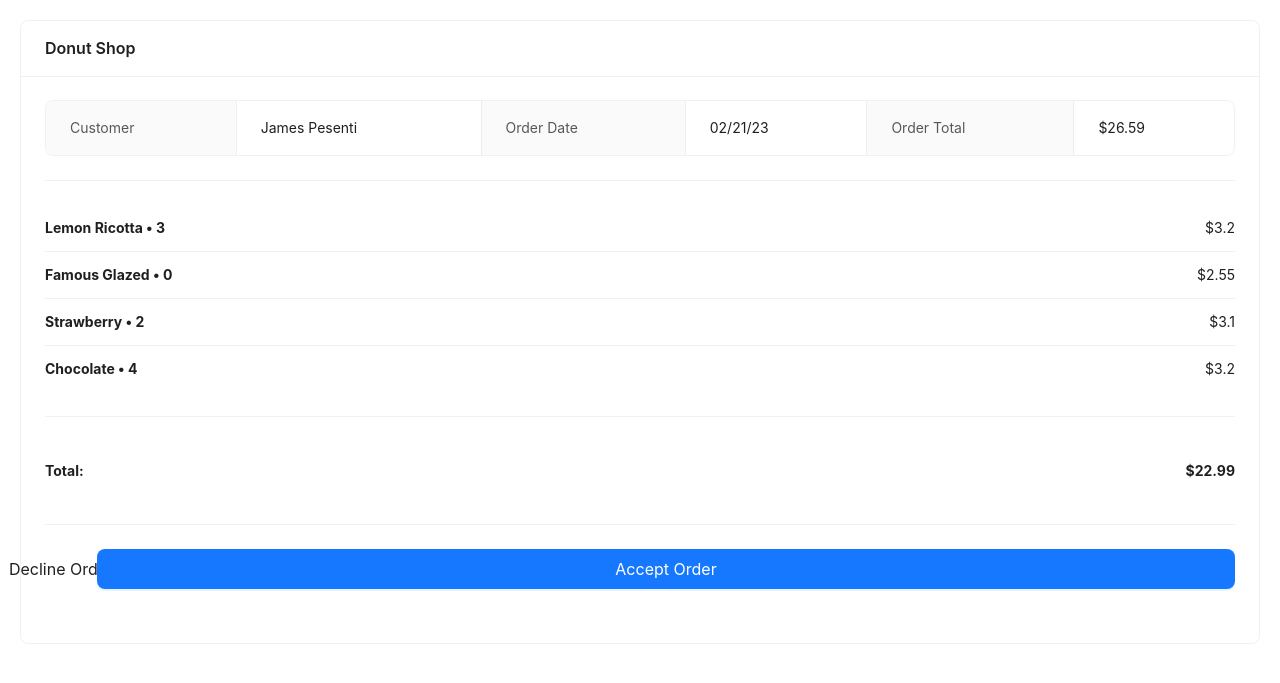
Repository: JamesPesenti/DonutShopDashboard
Page: /settings
The author's editor kept a copy of each file at every save. The page is drawn from the files as they stood at one save, then again after a run of saves.
The browser window is 1280 px wide. The pictures show the whole page.
The project was rebuilt for these pictures with package versions that can differ from the ones it lists, and the page was loaded fresh each time.

Above is the page before, as saved 2023-03-22 14:35:00.

### src/App.js
import { Card, Descriptions, Divider, List, Button } from "antd"
import donuts from "../src/data/donuts"

function App() {
  return (
    <>
      <Card style={{ margin: 20 }} title={"Donut Shop"}>
        <Descriptions bordered column={{lg: 1, md: 1, sm: 1}}>
          <Descriptions.Item label="Customer">
            James Pesenti
          </Descriptions.Item>
          <Descriptions.Item label="Order Date">
            02/21/23
          </Descriptions.Item>
          <Descriptions.Item label="Order Total">
            $26.59
          </Descriptions.Item>
        </Descriptions>
        <Divider />
        <List
          dataSource={donuts}
          renderItem={(donutItem) => (
            <List.Item>
              <div style={{fontWeight: "bold"}}>{donutItem.flavor}   &#8226; {donutItem.quantity}</div>
              <div>${donutItem.price}</div>
            </List.Item>
          )}
        />
        <Divider />
        <div style={styles.totalContainer}>
          <h4>Total:</h4>
          <h4 style={styles.price}>$22.99</h4>
        </div>
        <Divider />
        <div style={styles.buttonsContainer}>
          <Button style={styles.button} block type="danger" size="large">
            Decline Order
          </Button>
          <Button block type="primary" size="large">
            Accept Order
          </Button>
        </div>
      </Card>
    </>
  );
}

const styles = {
  totalContainer: {
    display: "flex",
    flexDirection: "row",
  },
  price: {
    marginLeft: "auto",
  },
  buttonsContainer: {
    display: "flex",
    flexDirection: "row",
    marginHorizontal: 50,
    paddingBottom: 30
  },
  button: {
    marginRight: 20,
    width: 20
  }
}

export default App;

### src/data/donuts.js
export default [
    {
        flavor: "Lemon Ricotta",
        image: "https://t3.ftcdn.net/jpg/04/90/71/94/240_F_490719448_y4LhTnor5VL2gk9DYhwIw3ZRcZQ1beeD.jpg",
        price: 3.20,
        avgRating: 4.8,
        calories: 190,
        quantity: 3,
        descriptiion: "Made with fresh ricotta and lemon zest",
    },
    {
        flavor: "Famous Glazed",
        image: "https://t3.ftcdn.net/jpg/00/70/16/96/240_F_70169698_gr2Xm6hqPIFLC2kAsjOVRATbBLVDZLn5.jpg",
        price: 2.55,
        avgRating: 4.7,
        calories: 242,
        quantity: 0,
        descriptiion: "Our famous, made fresh everyday glazed",
    },
    {
        flavor: "Strawberry",
        image: "https://t3.ftcdn.net/jpg/00/20/33/94/240_F_20339434_0DNEcWb7vTsrpw1g2tSHmrFc3Fh5G9C6.jpg",
        price: 3.10,
        avgRating: 4.6,
        calories: 189,
        quantity: 2,
        descriptiion: "Made with organic strawberries from florida",
    },
    {
        flavor: "Chocolate",
        image: "https://t3.ftcdn.net/jpg/02/54/64/44/240_F_254644452_0dCYufJiJP5Aw3LxX8x0hzlicqYsb5HR.jpg",
        price: 3.20,
        avgRating: 4.7,
        calories: 297,
        quantity: 4,
        descriptiion: "Tastes like a slice of chocolate cake!",
    },
]

Loaded but not shown: public/index.html (common file); src/index.js (common file); src/index.css (common file)

After the next 2 saves:
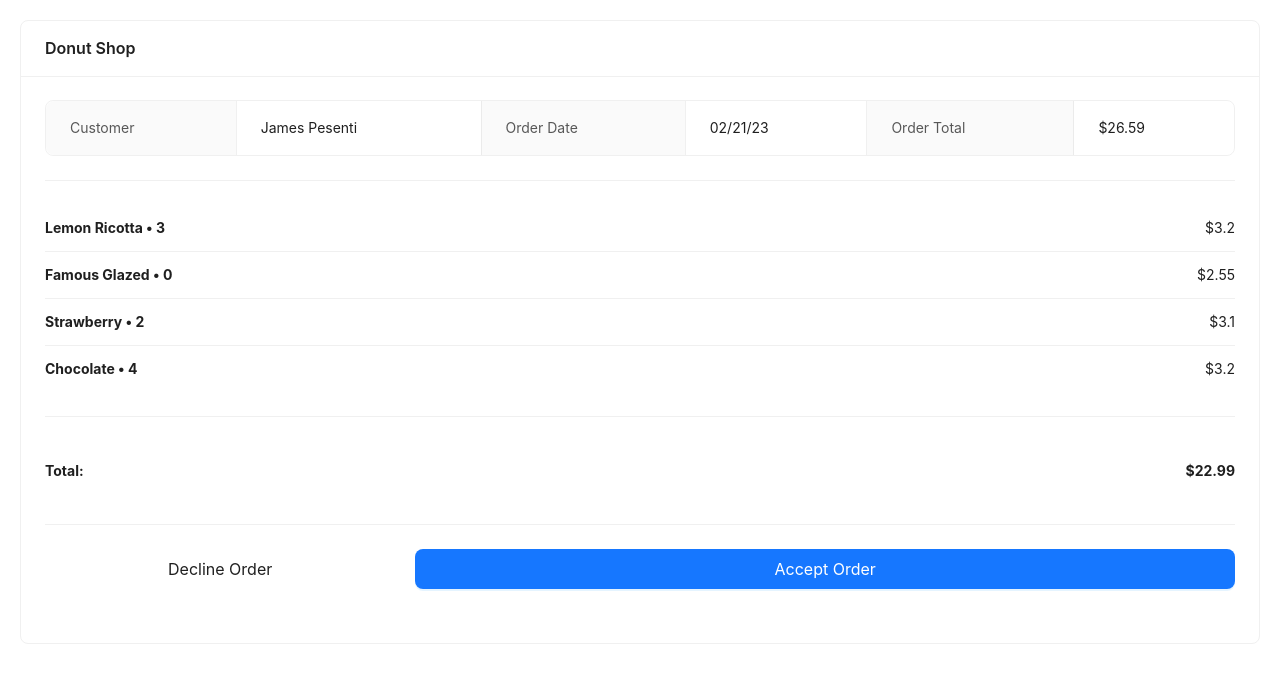
The 2 saves are shown as one change because they came seconds apart.
The last was saved 8 s later.
--- a/src/App.js
+++ b/src/App.js
@@ -61,7 +61,7 @@ const styles = {
   },
   button: {
     marginRight: 20,
-    width: 20
+    width: 500
   }
 }
 
